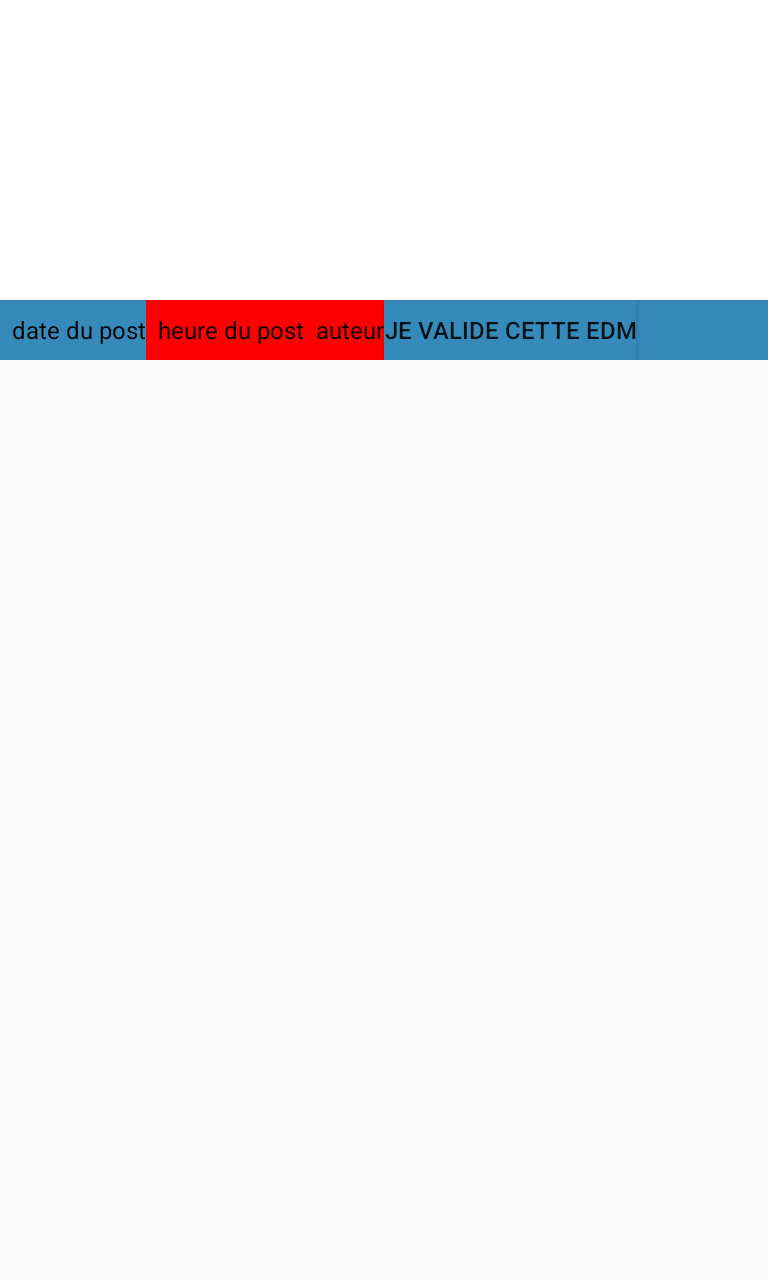
Repository: pierrealexvezinet/excusedemerde
Layout: edm/res/layout/edm_textview_layout.xml
The author's editor kept a copy of each file at every save. The layout is drawn from the files as they stood at one save, then again after the next save.
It is drawn on a 768 x 1280 px phone screen (xhdpi) without system bars, with theme Theme.AppCompat.Light; the app's code is not run.

Above is the layout before, as saved 2014-02-16 22:18:26.

After the next save:
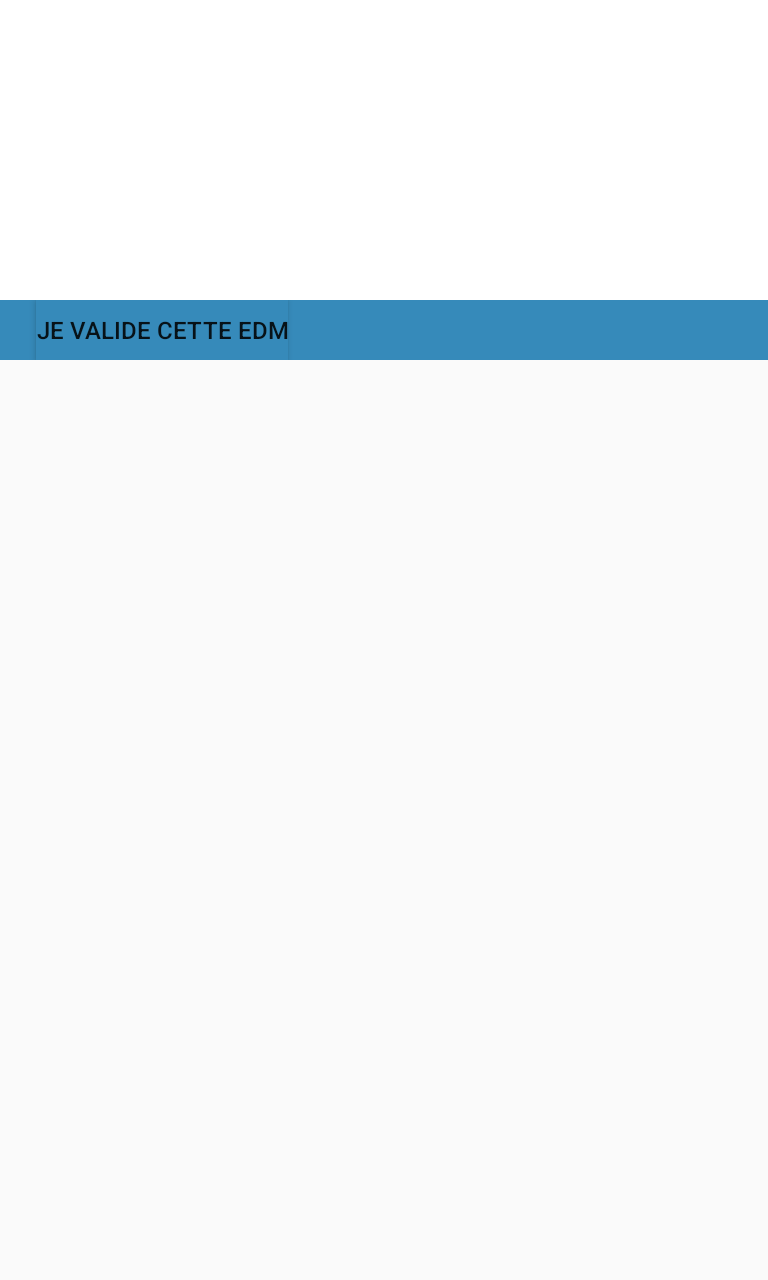
Saved 35 s later.
--- a/edm/res/layout/edm_textview_layout.xml
+++ b/edm/res/layout/edm_textview_layout.xml
@@ -39,8 +39,6 @@
 		      android:gravity="left">
 
         <TextView
-
-            android:text="date du post"
             android:id="@+id/tv_edm_post_date"
             android:layout_width="wrap_content"
             android:layout_height="fill_parent"
@@ -52,8 +50,6 @@
             android:textColor="#000000" />
 
         <TextView
-            android:background="#ff0000"
-            android:text="heure du post"
             android:id="@+id/tv_edm_post_hour"
             android:layout_width="wrap_content"
             android:layout_height="fill_parent"
@@ -66,8 +62,6 @@
             android:textColor="#000000" />
 
         <TextView
-            android:background="#ff0000"
-            android:text="auteur"
             android:id="@+id/tv_edm_post_auteur"
             android:layout_width="wrap_content"
             android:layout_height="fill_parent"
